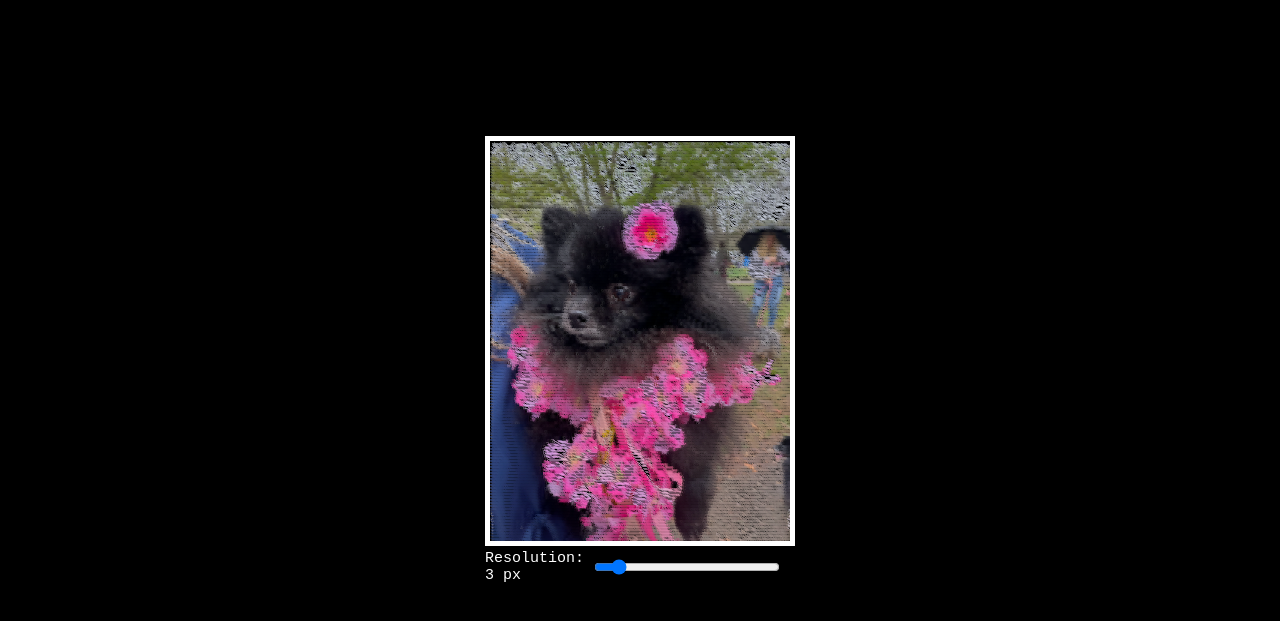
Repository: rosieomusic/ascii-art
Page: index.html
The author's editor kept a copy of each file at every save. The page is drawn from the files as they stood at one save, then again after the next save.
The browser window is 1280 px wide. The pictures show the whole page.

Above is the page before, as saved 2025-04-17 01:34:48.

### index.html
<!DOCTYPE html>
<html>
	<head>
		<meta charset="UTF-8" />
		<meta
			http-equiv="X-UA-Compatible"
			content="IE-edge"
		/>
		<title>Pixels</title>
		<link
			rel="stylesheet"
			href="styles.css"
		/>
	</head>
	<body>
		<div class="container">
			<canvas id="canvas1"></canvas>
			<div class="controls">
				<label
					for="resolution"
					id="resolutionLabel"
					>Resolution 5 px</label
				>
				<input
					type="range"
					id="resolution"
					name="resolution"
					min="1"
					max="20"
					value="3"
				/>
			</div>
		</div>

		<script src="script.js"></script>
	</body>
</html>

### styles.css
* {
	margin: 0;
	padding: 0;
	box-sizing: border-box;
}
body {
	background: black;
}
.container {
	position: absolute;
	top: 50%;
	left: 50%;
	transform: translate(-50%, -50%);
}
#canvas1 {
	border: 5px solid white;
}
.controls {
	display: flex;
}
.controls > input {
	width: 60%;
}
.controls > label {
	font-family: 'Courier New', Courier, monospace;
	width: 35%;
	color: white;
	font-size: 15px;
}

### script.js
const inputSlider = document.getElementById('resolution');
const inputLabel = document.getElementById('resolutionLabel');
const canvas = document.getElementById('canvas1');
const ctx = canvas.getContext('2d');

const image1 = new Image();
image1.src = 'img/gia.png';
inputSlider.addEventListener('change', handleSlider);

class Cell {
	constructor(x, y, symbol, color, size) {
		this.x = x;
		this.y = y;
		this.symbol = symbol;
		this.color = color;
		this.size = size;
		//this.padding = this.size * 0.2;
	}
	draw(ctx) {
		ctx.font = `${this.size * 2}px Courier New`;
		//ctx.fillStyle = 'yellow';
		ctx.fillText(this.symbol, this.x + 1, this.y + 1, +this.size);

		ctx.fillStyle = this.color;
		ctx.fillText(this.symbol, this.x, this.y, this.size);
		ctx.textBaseline = 'top';
	}
}
class AsciiEffect {
	#imageCellArray = [];
	#pixels = [];
	#ctx;
	#width;
	#height;
	constructor(ctx, width, height) {
		this.#ctx = ctx;
		this.#width = width;
		this.#height = height;
		this.#ctx.drawImage(image1, 0, 0, this.#width, this.#height);
		this.#pixels = this.#ctx.getImageData(0, 0, this.#width, this.#height);
		console.log(this.#pixels.data);
	}
	#convertToSymbol(g) {
		// @#W$9876543210?!abc;:+=-,._
		const asciiGradient = '@#W$9876543210?!abc;:+=-,._';
		const index = Math.floor((g / 255) * (asciiGradient.length - 1));
		return asciiGradient[index];
	}

	#scanImage(cellSize) {
		this.#imageCellArray = [];
		const stepX = Math.floor(cellSize * 0.6);
		const stepY = cellSize;
		for (let y = 0; y < this.#pixels.height; y += stepY) {
			for (let x = 0; x < this.#pixels.width; x += stepX) {
				if (x >= this.#pixels.width || y >= this.#pixels.height) continue;
				const posX = x * 4;
				const posY = y * 4;
				const pos = (y * this.#pixels.width + x) * 4;

				if (this.#pixels.data[pos + 3] > 128) {
					const red = this.#pixels.data[pos];
					const green = this.#pixels.data[pos + 1];
					const blue = this.#pixels.data[pos + 2];
					const grayscale = 0.2126 * red + 0.7152 * green + 0.0722 * blue;

					//const color = 'yellow';
					//const color = grayscale > 10 ? 'white' : 'black';
					const total = red + green + blue;
					const averageColorValue = total / 3;
					const color = `rgb(${red}, ${green}, ${blue})`;
					const symbol = this.#convertToSymbol(averageColorValue);
					if (symbol)
						this.#imageCellArray.push(new Cell(x, y, symbol, color, cellSize));
				}
			}
		}
		console.log(this.#imageCellArray);
	}
	#drawAscii() {
		this.#ctx.clearRect(0, 0, this.#width, this.#height);
		for (let i = 0; i < this.#imageCellArray.length; i++) {
			this.#imageCellArray[i].draw(this.#ctx);
		}
	}
	draw(cellSize) {
		this.#scanImage(cellSize);
		this.#drawAscii();
	}
}
let effect;
function handleSlider() {
	console.log('Slider value: ', inputSlider.value);
	if (inputSlider.value == 1) {
		inputLabel.innerHTML = 'Original Image';
		ctx.drawImage(image1, 0, 0, canvas.width, canvas.height);
	} else {
		inputLabel.innerHTML = 'Resolution: ' + inputSlider.value + ' px';
		ctx.font = parseInt(inputSlider.value) * 2 + 'px Courier New';
		effect.draw(parseInt(inputSlider.value));
	}
}
image1.onload = function initialize() {
	console.log('Image loaded: ', image1.src);
	console.log('Image dimiensions: ', image1.width, image1.height);

	canvas.width = image1.width;
	canvas.height = image1.height;
	ctx.drawImage(image1, 0, 0);

	const base64Image = canvas.toDataURL(image1);
	console.log('Base64 image:', base64Image);

	effect = new AsciiEffect(ctx, image1.width, image1.height);
	//effect.draw(parseInt(inputSlider.value));
	handleSlider();
};

After the next save:
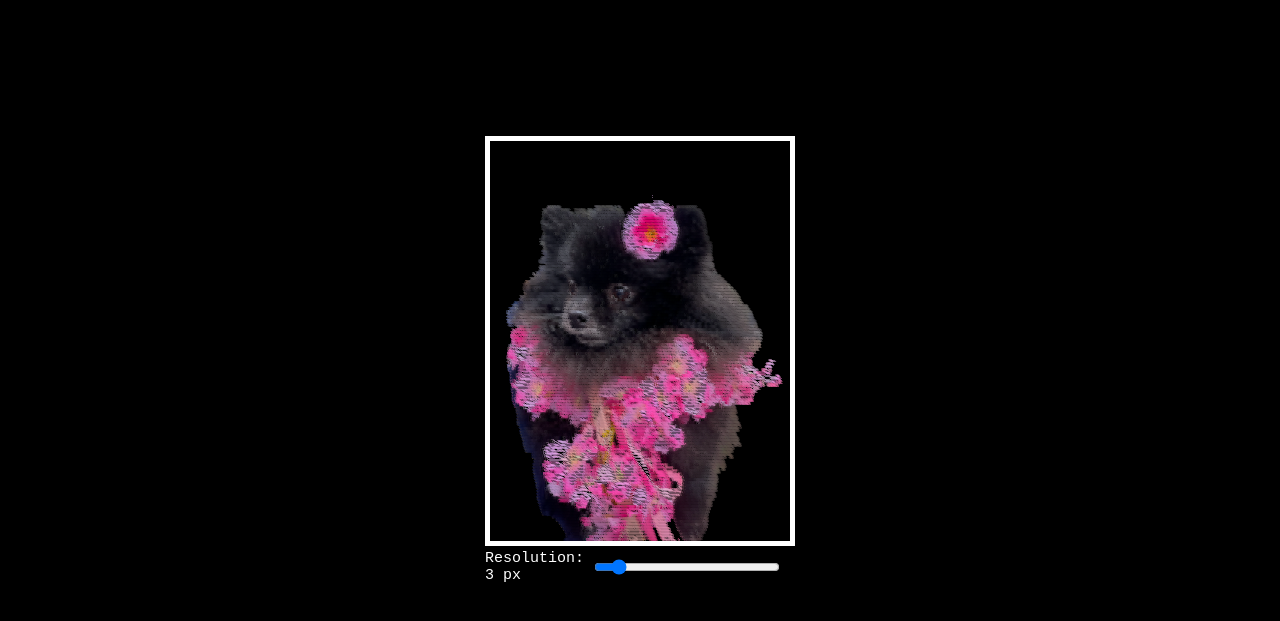
Saved 6 min 10 s later.
--- a/script.js
+++ b/script.js
@@ -4,7 +4,7 @@
 const ctx = canvas.getContext('2d');
 
 const image1 = new Image();
-image1.src = 'img/gia.png';
+image1.src = 'img/gia-edit.png';
 inputSlider.addEventListener('change', handleSlider);
 
 class Cell {
